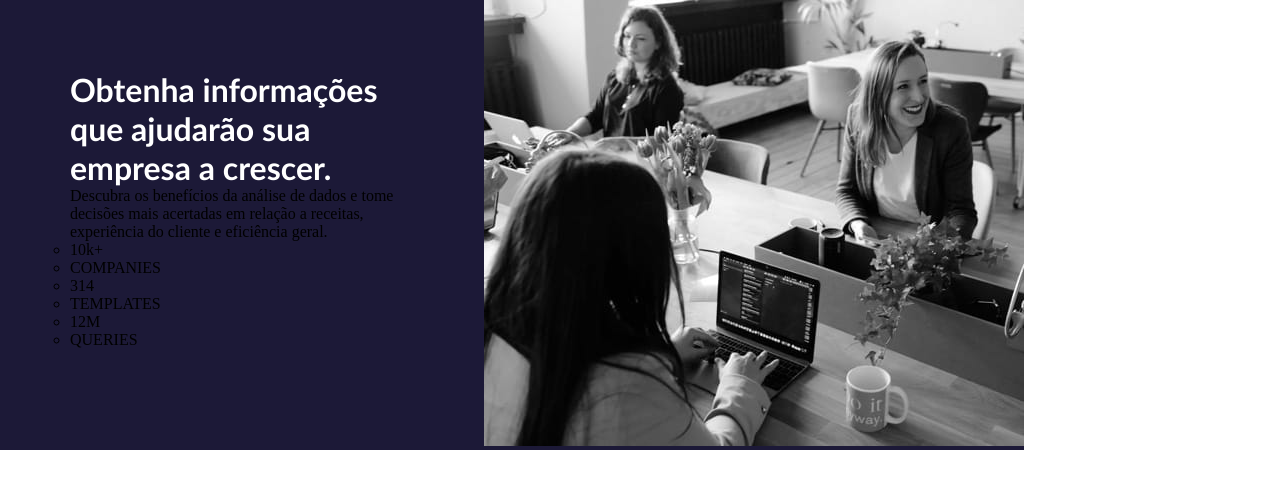
Repository: caique2512/componentes-de-estatisticas
Page: index.html
The author's editor kept a copy of each file at every save. The page is drawn from the files as they stood at one save, then again after a run of saves.
The browser window is 1280 px wide. The pictures show the whole page.

Above is the page before, as saved 2026-03-03 17:14:44.

After the next 2 saves:
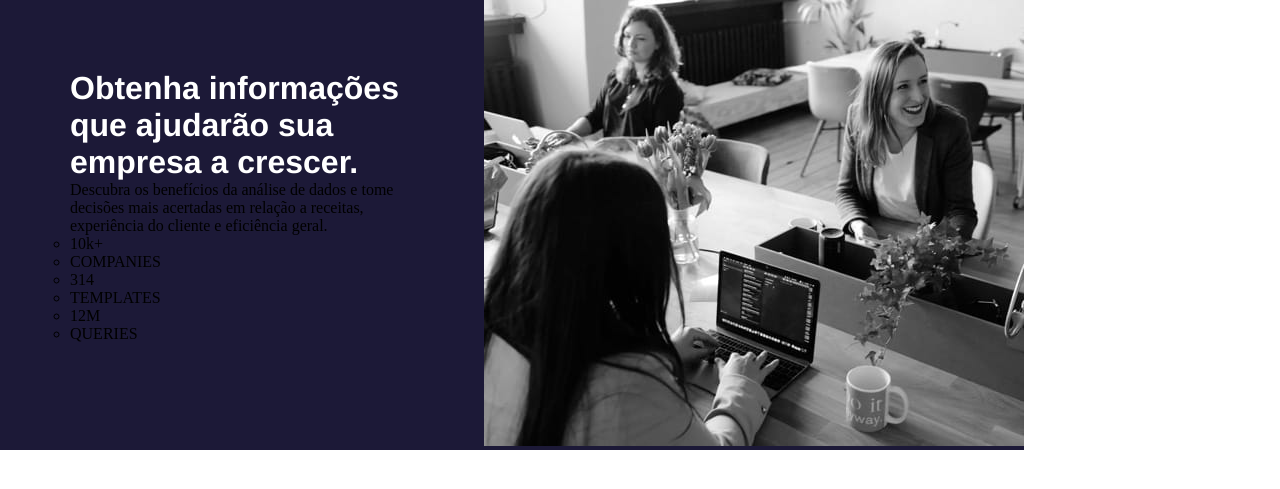
The 2 saves are shown as one change because they came seconds apart.
The last was saved 14 s later.
--- a/src/estilos.css
+++ b/src/estilos.css
@@ -12,5 +12,5 @@
 .conteudo-principal .titulo {
     color: white;
     font-weight: 600;
-    font-family: 'Gill Sans', 'Gill Sans MT', Calibri, 'Trebuchet MS', sans-serif;
+    font-family: 'Franklin Gothic Medium', 'Arial Narrow', Arial, sans-serif;
 }
